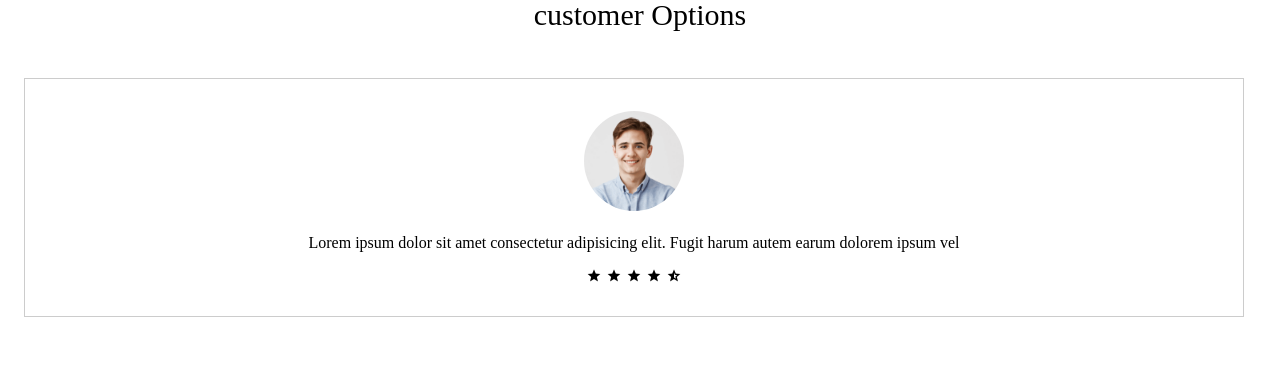
Repository: dinhhaidh/slider-3
Page: index.html
An editor plug-in stored every save of this project. The page is shown before and after the next save, followed by the edit.
The browser window is 1280 px wide. The pictures show the whole page.

Above is the page before, as saved 2024-03-22 20:37:39.

### index.html
<!DOCTYPE html>
<html lang="en">
<head>
    <meta charset="UTF-8">
    <meta name="viewport" content="width=device-width, initial-scale=1.0">
    <title>Document</title>
    <link rel="stylesheet" href="https://cdnjs.cloudflare.com/ajax/libs/remixicon/4.2.0/remixicon.min.css">

    <link rel="stylesheet" href="./css/swiper-bundle.min.css">

    <link rel="stylesheet" href="./css/style.css">

</head>
<body>
    <div class="customer">
        <h3 class="customer__title">customer Options</h3>
        <div class="customer__container container">
            <div class="customer__swiper swiper">
                <div class="swiper-wrapper">
                    <article class="customer__article swiper-slide">
                        <img src="./img1.png" alt="image" class="customer__img">

                        <p>
                            Lorem ipsum dolor sit amet consectetur adipisicing elit. Fugit harum autem earum dolorem ipsum vel
                        </p>

                        <div class="customer__star">
                            <i class="ri-star-s-fill"></i>
                            <i class="ri-star-s-fill"></i>
                            <i class="ri-star-s-fill"></i>
                            <i class="ri-star-s-fill"></i>
                            <i class="ri-star-half-s-line"></i>
                        </div>
                    </article>
                    <article class="customer__article swiper-slide">
                        <img src="./img1.png" alt="image" class="customer__img">

                        <p>
                            Lorem ipsum dolor sit amet consectetur adipisicing elit. Fugit harum autem earum dolorem ipsum vel
                        </p>

                        <div class="customer__star">
                            <i class="ri-star-s-fill"></i>
                            <i class="ri-star-s-fill"></i>
                            <i class="ri-star-s-fill"></i>
                            <i class="ri-star-s-fill"></i>
                            <i class="ri-star-half-s-line"></i>
                        </div>
                    </article>
                    <article class="customer__article swiper-slide">
                        <img src="./img1.png" alt="image" class="customer__img">

                        <p>
                            Lorem ipsum dolor sit amet consectetur adipisicing elit. Fugit harum autem earum dolorem ipsum vel
                        </p>

                        <div class="customer__star">
                            <i class="ri-star-s-fill"></i>
                            <i class="ri-star-s-fill"></i>
                            <i class="ri-star-s-fill"></i>
                            <i class="ri-star-s-fill"></i>
                            <i class="ri-star-half-s-line"></i>
                        </div>
                    </article>
                </div>
            </div>
        </div>
    </div>


    <script src="./js/swiper-bundle.min.js"></script>

    <script src="./js/app.js"></script>
</body>
</html>

### css/style.css
*,
*:before,
*:after {
  box-sizing: border-box;
}
* {
  margin: 0;
  padding: 0;
  font: inherit;
}
img,
picture,
svg,
video {
  display: block;
  max-width: 100%;
}
input,
select,
textarea {
  background-color: transparent;
  outline: none;
}
button {
  cursor: pointer;
  background-color: transparent;
  outline: none;
  border: 0;
}
body {
  min-height: 100vh;
  font-weight: 400;
  font-size: 16px;
  line-height: 1;
}


.container{
    max-width: 1220px;
    Margin-inline: 1.5rem;
}


.customer__title{
    text-align: center;
    margin-bottom: 3rem;
    font-size: 30px;
}

.customer__article{
    display:flex;
    align-items: center;
    justify-content: center;
    flex-direction: column;
    padding: 2rem 3rem 2rem;
    background-color: #fff;
    border: 1px solid #ccc;
}
.customer__img{
    width: 100px;
    border-radius: 50%;
    margin: 0 auto 1.5rem;
}
.customer__article p {
    margin-bottom: 1rem;
    text-align: center;
}
.customer__star{

}
.ri-star-s-fill{

}
.ri-star-half-s-line{

}

### js/app.js
let swiperTestimonial = new Swiper('.testimonial__swiper', {
    loop: true,
    spaceBetween: 16,
    slidesPerView: 'auto',
    centeredSlides: 'auto',

    breakpoints: {
        1150: {
            slidesPerView: 3,
            centeredSlides: false,
        }
    }
});

Loaded but not shown: css/swiper-bundle.min.css (library); js/swiper-bundle.min.js (library)

After the next save:
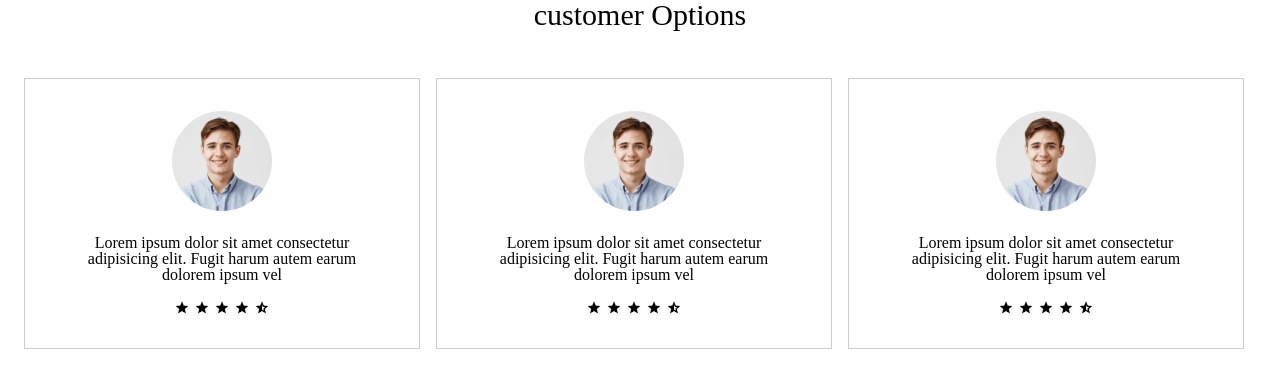
Saved 11 s later.
--- a/js/app.js
+++ b/js/app.js
@@ -1,4 +1,4 @@
-let swiperTestimonial = new Swiper('.testimonial__swiper', {
+let swiperTestimonial = new Swiper('.customer__swiper', {
     loop: true,
     spaceBetween: 16,
     slidesPerView: 'auto',
